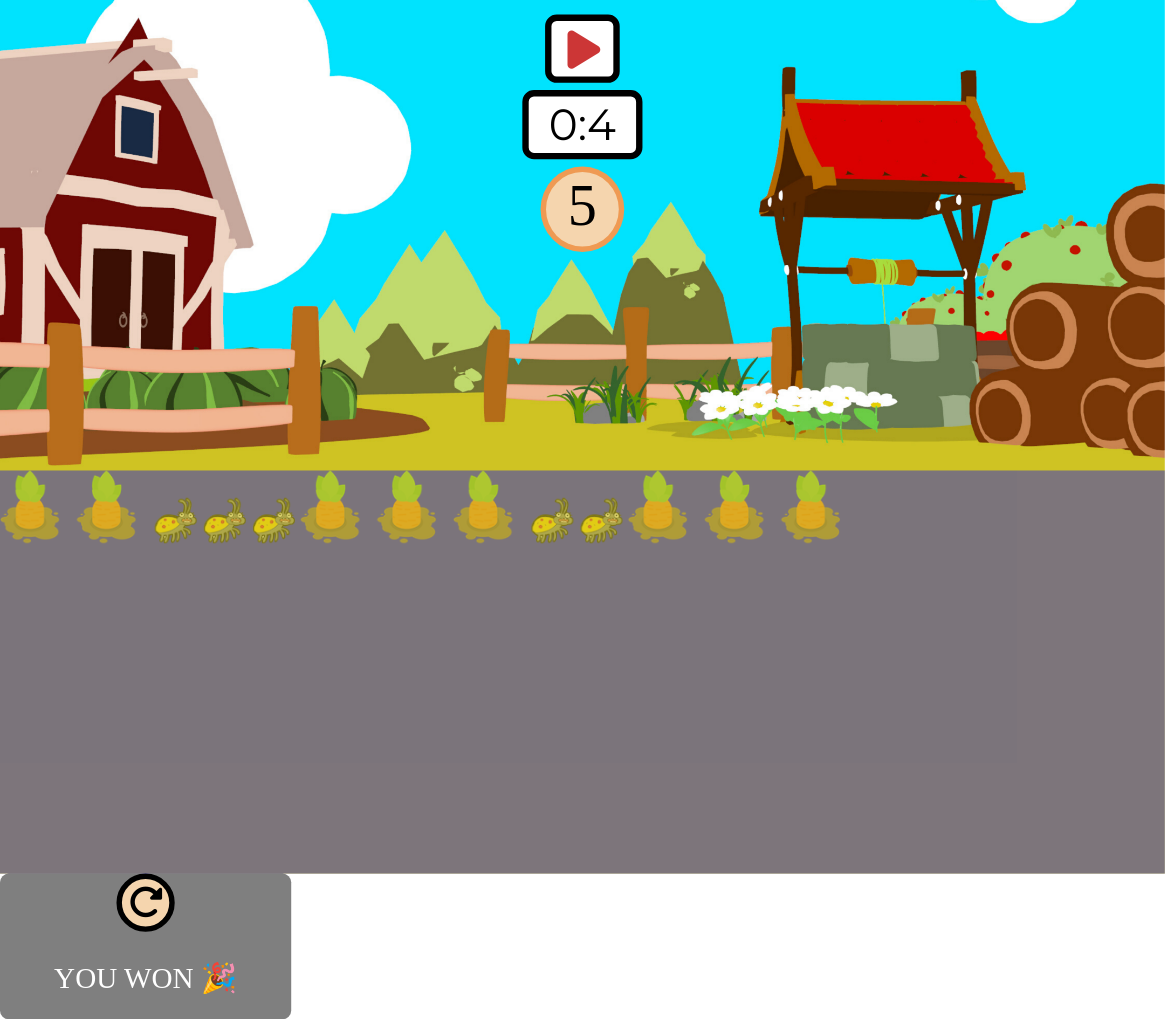
Repository: sephinejo/Mini-carrot-game
Page: index.html
An editor plug-in stored every save of this project. The page is shown before and after the next save, followed by the edit.
The browser window is 1280 px wide. The pictures show the whole page, at 91% of full size.
Some web fonts or font styles are not loaded; a fallback is used. Some web libraries are served in a nearby version.

Above is the page before, as saved 2023-05-15 09:24:25.

### index.html
<!DOCTYPE html>
<html lang="en">
  <head>
    <meta charset="UTF-8" />
    <meta http-equiv="X-UA-Compatible" content="IE=edge" />
    <meta name="viewport" content="width=device-width, initial-scale=1.0" />
    <title>Mini Carrot Game👩‍🌾🥕</title>
    <link rel="stylesheet" href="style.css" />
    <link rel="preconnect" href="https://fonts.googleapis.com" />
    <link rel="preconnect" href="https://fonts.gstatic.com" crossorigin />
    <link
      href="https://fonts.googleapis.com/css2?family=Alice&family=Lato:wght@400;700&family=Montserrat:wght@400;500;600;700&family=Raleway:wght@400;600;700;800&family=Ubuntu&display=swap"
      rel="stylesheet"
    />
    <script
      src="https://kit.fontawesome.com/9ac80604cb.js"
      crossorigin="anonymous"
    ></script>
    <script src="main.js" defer></script>
  </head>
  <body>
    <section class="container">
      <header class="info">
        <button class="info__play">
          <i class="fa-solid fa-play"></i>
        </button>
        <span class="info__timer">0:4</span>
        <span class="info__counter">5</span>
      </header>
      <div class="field">
        <img class="carrot" src="img/carrot.png" alt="carrot" />
        <img class="carrot" src="img/carrot.png" alt="carrot" />
        <img class="bug" src="img/bug.png" alt="bug" />
        <img class="bug" src="img/bug.png" alt="bug" />
        <img class="bug" src="img/bug.png" alt="bug" />
        <img class="carrot" src="img/carrot.png" alt="carrot" />
        <img class="carrot" src="img/carrot.png" alt="carrot" />
        <img class="carrot" src="img/carrot.png" alt="carrot" />
        <img class="bug" src="img/bug.png" alt="bug" />
        <img class="bug" src="img/bug.png" alt="bug" />
        <img class="carrot" src="img/carrot.png" alt="carrot" />
        <img class="carrot" src="img/carrot.png" alt="carrot" />
        <img class="carrot" src="img/carrot.png" alt="carrot" />
      </div>
    </section>
    <section class="pop-up">
      <button class="pop-up__replay">
        <i class="fa-sharp fa-solid fa-rotate-right"></i>
      </button>
      <p class="pop-up__message">YOU WON 🎉</p>
    </section>
  </body>
</html>

### style.css
* {
  box-sizing: border-box;
}

body {
  margin: auto;
}

.container {
  background: url('img/background.png') center/cover;
  height: 60rem;
  display: flex;
  flex-direction: column;
}

.info {
  display: flex;
  flex-direction: column;
  align-items: center;
  height: 30rem;
  padding: 1rem 0;
}

button {
  border: none;
  outline: none;
  cursor: pointer;
}

.info__play {
  font-size: 3rem;
  color: #cc3636;
  border: 0.45rem solid black;
  border-radius: 0.8rem;
  background-color: white;
  padding: 0.4rem 0.9rem 0rem 1.1rem;
  margin-bottom: 0.5rem;
}

.info__play:hover {
  transform: scale(1.1);
  transition: transform 200ms ease-in;
}

.info__timer {
  font-family: Montserrat;
  font-size: 3rem;
  border: 0.45rem solid black;
  border-radius: 0.8rem;
  background-color: white;
  padding: 0.1rem 1.4rem;
  margin-bottom: 0.5rem;
}

.info__counter {
  font-family: Alice;
  font-size: 4rem;
  border: 0.4rem solid #ef9a53;
  border-radius: 50%;
  background-color: #f5d5ae;
  padding: 0 1.5rem 0.5rem;
}

.field {
  width: 100%;
  height: 100%;
  margin-top: 14rem;
  background-color: blue;
  opacity: 0.4;
}

.pop-up {
  width: 20rem;
  height: 10rem;
  background: rgba(0, 0, 0, 0.5);
  border-radius: 0.6rem;
  text-align: center;
}

.pop-up__replay {
  width: 4rem;
  height: 4rem;
  font-size: 2.4rem;
  border: 0.4rem solid black;
  border-radius: 50%;
  cursor: pointer;
  background-color: #f5d5ae;
}

.pop-up__message {
  font-family: Alice;
  font-size: 2rem;
  text-align: center;
  color: white;
}

Loaded but not shown: main.js (no copy from this time; the picture is the same without it)

After the next save:
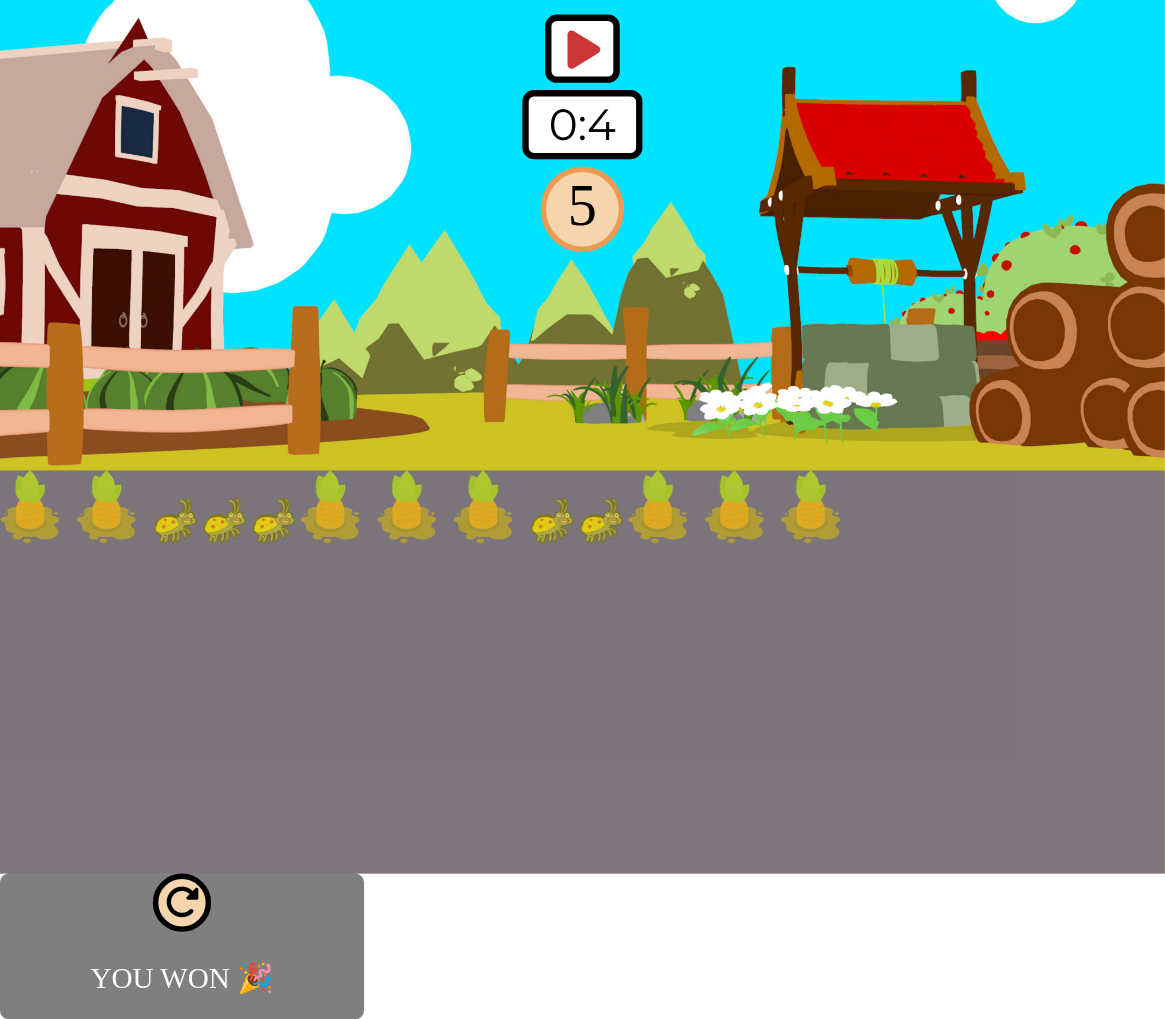
Saved 11 s later.
--- a/style.css
+++ b/style.css
@@ -70,7 +70,7 @@ button {
 }
 
 .pop-up {
-  width: 20rem;
+  width: 25rem;
   height: 10rem;
   background: rgba(0, 0, 0, 0.5);
   border-radius: 0.6rem;
